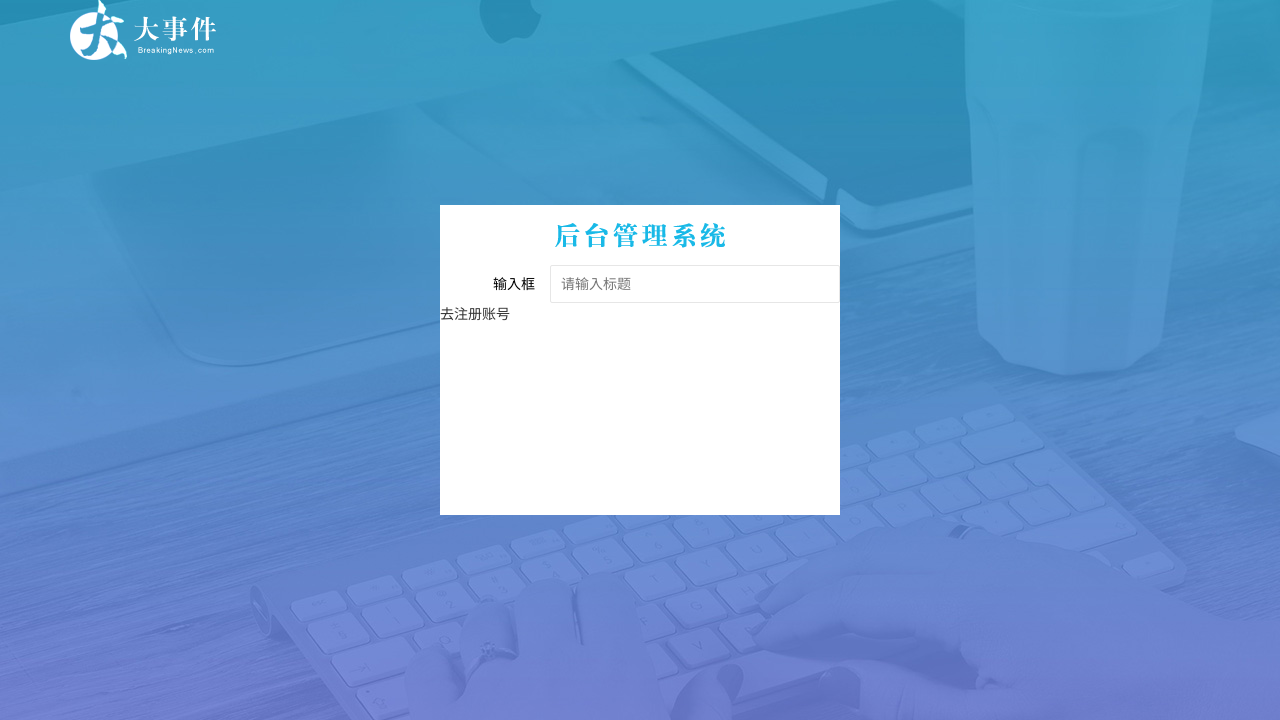
Repository: keyboying1/web_bigevent
Page: login.html
These files come from the project's save history. The page is drawn as it stood at one moment and after the next save; the edit follows.
The browser window is 1280 px wide. The pictures show the whole page.

Above is the page before, as saved 2022-11-18 15:27:11.

### login.html
<!DOCTYPE html>
<html lang="en">
<head>
    <meta charset="UTF-8">
    <meta http-equiv="X-UA-Compatible" content="IE=edge">
    <meta name="viewport" content="width=device-width, initial-scale=1.0">
    <title>大事件-注册/登录</title>
    <!-- 导入layui样式 -->
    <link rel="stylesheet" href="/assets/lib/layui/css/layui.css">
    <link rel="stylesheet" href="/assets/css/login.css">
</head>
<body>
    <!-- 头部logo区域 -->
    <div class="layui-main">
        <img src="/assets/images/logo.png" alt="" />
    </div>

    <!-- 登录注册区域 -->
    <div class="loginAndRegBox">
        <div class="title-box" ></div>
        <!-- 登录div -->
        <div class="login-box">
            <!-- 登陆的表单  -->
            <form class="layui-form" action="">
                <div class="layui-form-item">
                  <label class="layui-form-label">输入框</label>
                  <div class="layui-input-block">
                    <input type="text" name="title" required  lay-verify="required" placeholder="请输入标题" autocomplete="off" class="layui-input">
                  </div>
            </form>

            <a href="javascript:;" id="link_reg">去注册账号</a>
        </div>
        <!-- 注册div -->
        <div class="reg-box">
            <a href="javascript:;" id="link_login">去登录</a>
        </div>
    </div>
    <!-- 导入jQuery -->
    <script src="/assets/lib/jquery.js"></script>
    <!-- 导入自己的js -->
    <script src="/assets/js/login.js"></script>
</body>
</html>

### assets/css/login.css
html,
body{
    margin:0;
    padding:0;
    height: 100%;
    width: 100%;
    background:url('/assets/images/login_bg.jpg')
    no-repeat center;
    background-size: cover;
}

.loginAndRegBox{
   width: 400px;
   height:310px;
   background-color: #fff;
   position: absolute;
   left: 50%;
   top: 50%;
   transform: translate(-50%,-50%);
}

.title-box{
    height: 60px;
    background: url("/assets/images/login_title.png")
    no-repeat center;
}
.reg-box{
    display: none;
}

### assets/js/login.js
$(function(){
    //点击去注册账号链接
    $('#link_reg').on('click',function(){
        $('.login-box').hide()
        $('.reg-box').show()
    })

    //点击去登录的链接
    $('#link_login').on('click',function(){
        $('.login-box').show()
        $('.reg-box').hide()
    })
})

Loaded but not shown: assets/lib/layui/css/layui.css (library); assets/lib/jquery.js (library)

After the next save:
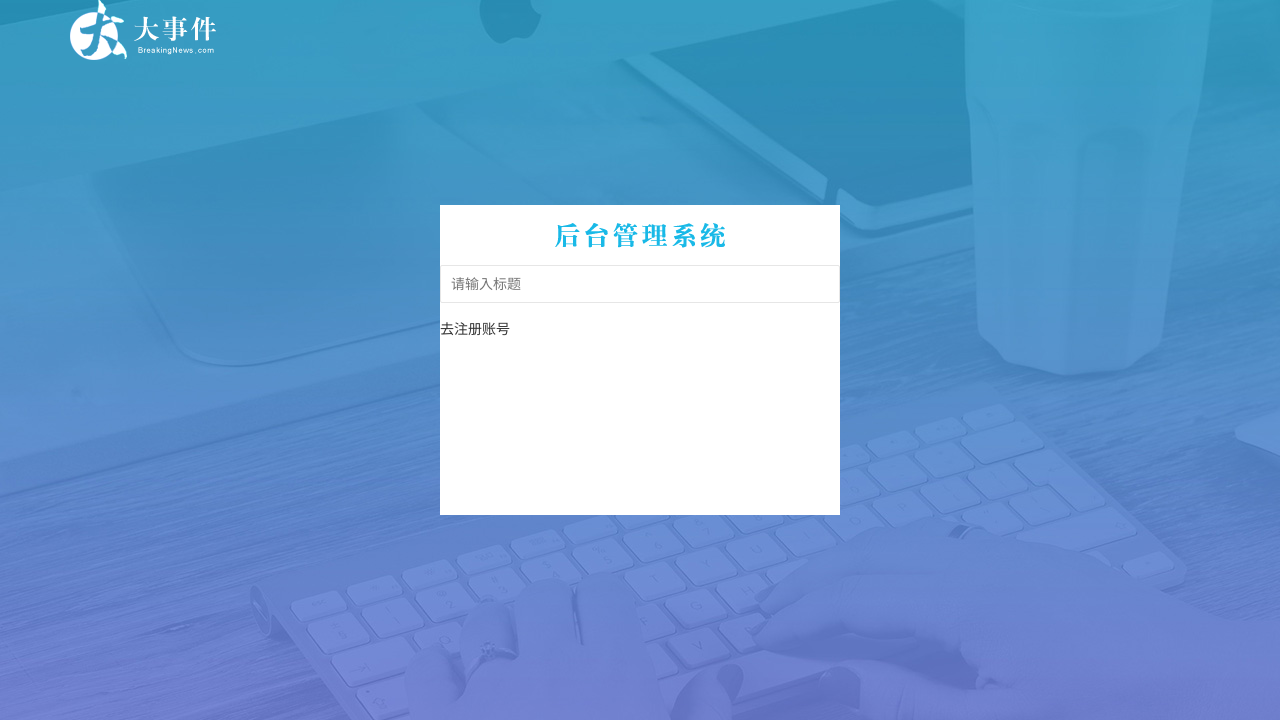
Saved 2 min 0 s later.
--- a/login.html
+++ b/login.html
@@ -23,8 +23,7 @@
             <!-- 登陆的表单  -->
             <form class="layui-form" action="">
                 <div class="layui-form-item">
-                  <label class="layui-form-label">输入框</label>
-                  <div class="layui-input-block">
+
                     <input type="text" name="title" required  lay-verify="required" placeholder="请输入标题" autocomplete="off" class="layui-input">
                   </div>
             </form>
